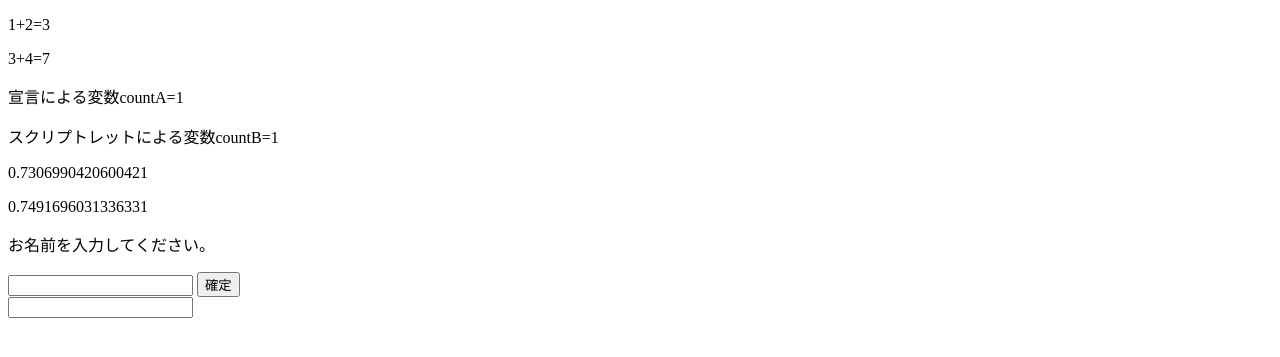
Repository: cha-git/test
Page: http://localhost/HelloJSP/
These files come from the project's save history. The page is drawn as it stood at one moment and after the next save; the edit follows.
The browser window is 1280 px wide. The pictures show the whole page.
The page is served by Tomcat 9.

Above is the page before, as saved 2018-12-03 12:12:42.

### HelloJSP/WebContent/index.jsp
<%@ page language="java" contentType="text/html; charset=UTF-8"
    pageEncoding="UTF-8"%>
<!DOCTYPE html>
<html>
<head>
	<meta http-equiv="Content-Type" content="text/html; charset=UTF-8">
	<title>Insert title here</title>
</head>
<body>
	<%!
	static int add(int a, int b){
		return a+b;
	}
	%>

	<p>1+2=<%=add(1,2) %></p>
	<p>3+4=<%=add(3,4) %></p>

	<%!
	static int countA=0;
	%>
	<%
	int countB=0;
	countA++;
	countB++;
	%>

	<p>宣言による変数countA=<%=countA %></p>
	<p>スクリプトレットによる変数countB=<%=countB %></p>

	<p><%out.println(Math.random()); %></p>
	<p><%=Math.random() %></p>

	<p>お名前を入力してください。</p>
	<form method="post" action="greeting-out.jsp">
		<input type="text" name="user">
		<input type="submit" value="確定">
	</form>

	<form method="post" action="total-out.jsp">
		<input type="text" name="price">
	</form>
</body>
</html>

After the next save:
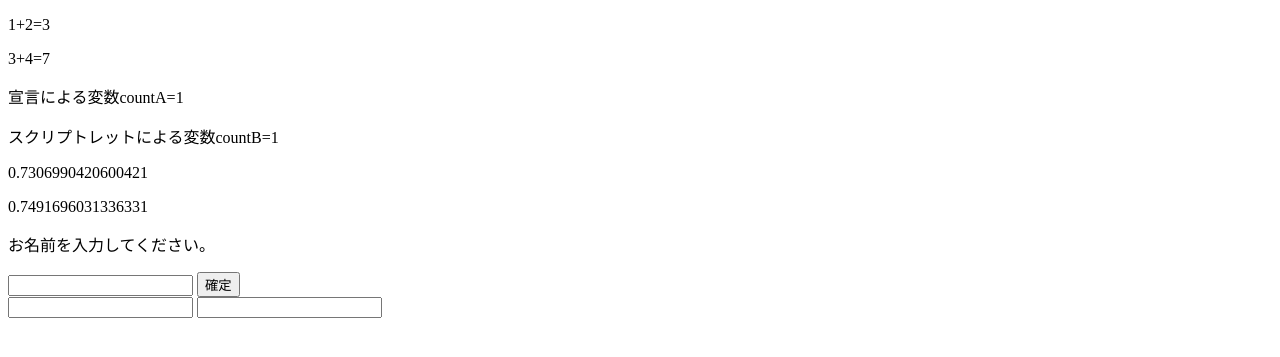
Saved 15 s later.
--- a/HelloJSP/WebContent/index.jsp
+++ b/HelloJSP/WebContent/index.jsp
@@ -39,6 +39,7 @@
 
 	<form method="post" action="total-out.jsp">
 		<input type="text" name="price">
+		<input type="text" name="count">
 	</form>
 </body>
 </html>
